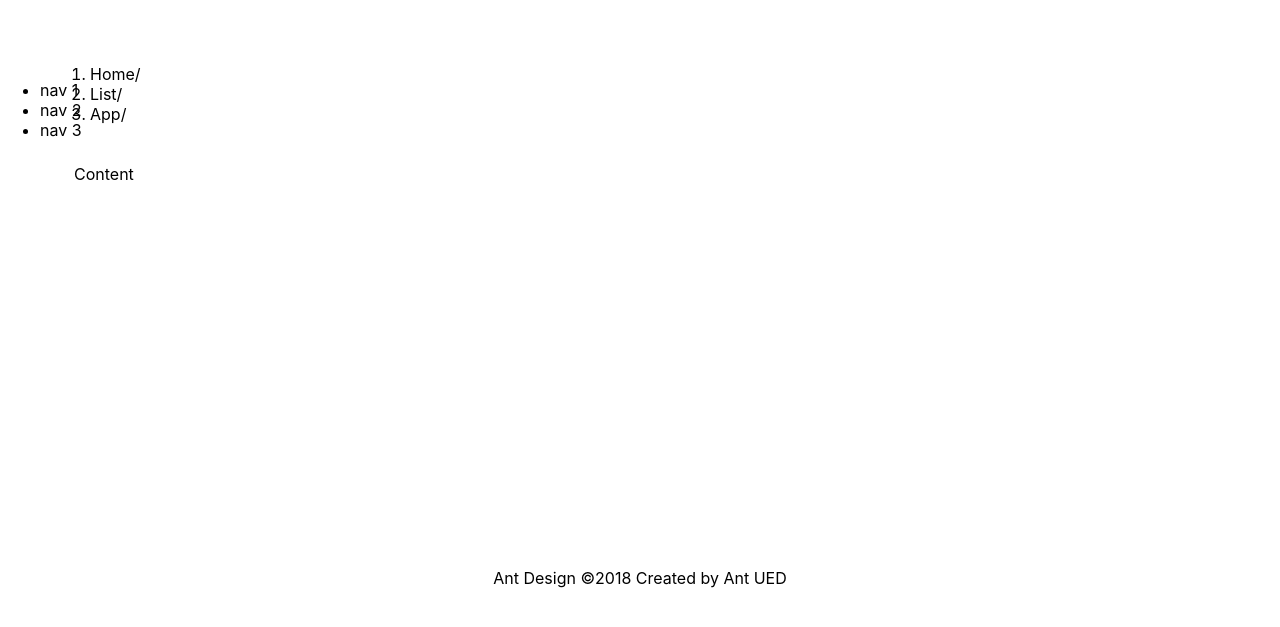
Repository: yangddoddi/community_react
Page: /
The author's editor kept a copy of each file at every save. The page is drawn from the files as they stood at one save, then again after the next save.
The browser window is 1280 px wide. The pictures show the whole page.
The page's requests for data from a server got no answer. The project was rebuilt for these pictures with package versions that can differ from the ones it lists, and the page was loaded fresh each time. No one was signed in, and anything a server would have sent is missing. Also part of the build but not shown: src/pages/Posts.module.scss, src/components/sidebar.module.scss, src/components/Sidebar.js, src/components/header.module.scss.

Above is the page before, as saved 2022-08-17 01:07:56.

### src/App.js
import React, { useState, useEffect } from "react";
import { BrowserRouter, Routes, Route } from "react-router-dom";
import { Posts } from "./pages/Posts";
import { Sidebar } from "./components/Sidebar";
import { Header } from "./components/Header";
import Layout from "antd/lib/layout/layout";
import { FooterC } from "./components/FooterC";
import "./App.scss";

function App() {
  return (
    <BrowserRouter>
      <Layout>
        <Header />
        <Routes>
          <Route path="/" element={<Posts />} />
        </Routes>
        <FooterC />
      </Layout>
    </BrowserRouter>
  );
}

export default App;

### src/pages/Posts.js
import React, { useEffect, useState } from "react";
import { testAxios } from "../config/testAxios";
import styles from "./Posts.module.scss";
import axios from "axios";
import { Content } from "antd/lib/layout/layout";
import { Breadcrumb } from "antd";

export const Posts = () => {
  const [test, setTest] = useState("");
  const apiTest = (d) => {
    setTest(d);
  };

  useEffect(() => {
    testAxios("test", apiTest);
  });

  return (
    <Content
      className="site-layout"
      style={{
        padding: "0 50px",
        marginTop: 64,
      }}
    >
      <Breadcrumb
        style={{
          margin: "16px 0",
        }}
      >
        <Breadcrumb.Item>Home</Breadcrumb.Item>
        <Breadcrumb.Item>List</Breadcrumb.Item>
        <Breadcrumb.Item>App</Breadcrumb.Item>
      </Breadcrumb>
      <div
        className="site-layout-background"
        style={{
          padding: 24,
          minHeight: 380,
        }}
      >
        Content
      </div>
    </Content>
  );
};

### src/components/Header.js
import styles from "./Header.module.scss";
import { Layout, Menu } from "antd";

export const Header = () => {
  const { Header } = Layout;

  return (
    <Header
      style={{
        position: "fixed",
        zIndex: 1,
        width: "100%",
      }}
    >
      <div className="logo" />
      <Menu
        theme="dark"
        mode="horizontal"
        defaultSelectedKeys={["2"]}
        items={new Array(3).fill(null).map((_, index) => ({
          key: String(index + 1),
          label: `nav ${index + 1}`,
        }))}
      />
    </Header>
  );
};

### src/components/FooterC.js
import { Footer } from "antd/lib/layout/layout";

export const FooterC = () => {
  return (
    <Footer
      style={{
        textAlign: "center",
      }}
    >
      Ant Design ©2018 Created by Ant UED
    </Footer>
  );
};

### src/App.scss
#components-layout-demo-fixed .logo {
    float: left;
    width: 120px;
    height: 31px;
    margin: 16px 24px 16px 0;
    background: rgba(255, 255, 255, 0.2);
  }
  .site-layout .site-layout-background {
    background: #fff;
  }

### src/config/testAxios.js
import axios from "axios";

export const testAxios = (url, findIp) => {
  axios({
    url: "/" + url,
    method: "post",
    baseURL: "http://localhost:8080",
    withCredentials: true,
  }).then((res) => {
    findIp(res.data);
  });
};

### src/components/HeaderC.js
import styles from "./Header.module.scss";
import { Layout, Menu } from "antd";

export const Header = () => {
  const { Header } = Layout;

  return (
    <Header
      style={{
        position: "fixed",
        zIndex: 1,
        width: "100%",
      }}
    >
      <div className="logo" />
      <Menu
        theme="dark"
        mode="horizontal"
        defaultSelectedKeys={["2"]}
        items={new Array(3).fill(null).map((_, index) => ({
          key: String(index + 1),
          label: `nav ${index + 1}`,
        }))}
      />
    </Header>
  );
};

Loaded but not shown: public/index.html (common file); src/index.js (common file); src/index.css (common file); src/reportWebVitals.js (common file)

After the next save:
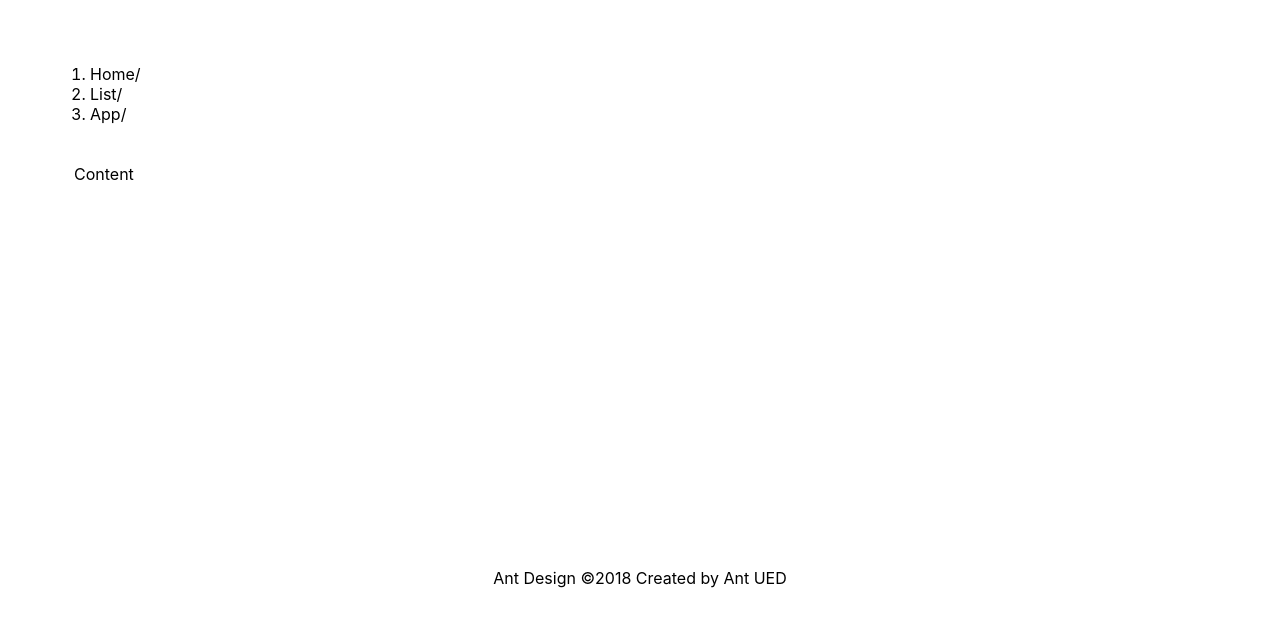
Saved 2 min 51 s later.
--- a/src/App.js
+++ b/src/App.js
@@ -8,6 +8,8 @@
 import "./App.scss";
 
 function App() {
+  const { Header, Content, Footer } = Layout;
+
   return (
     <BrowserRouter>
       <Layout>

After the 3 saves that followed:
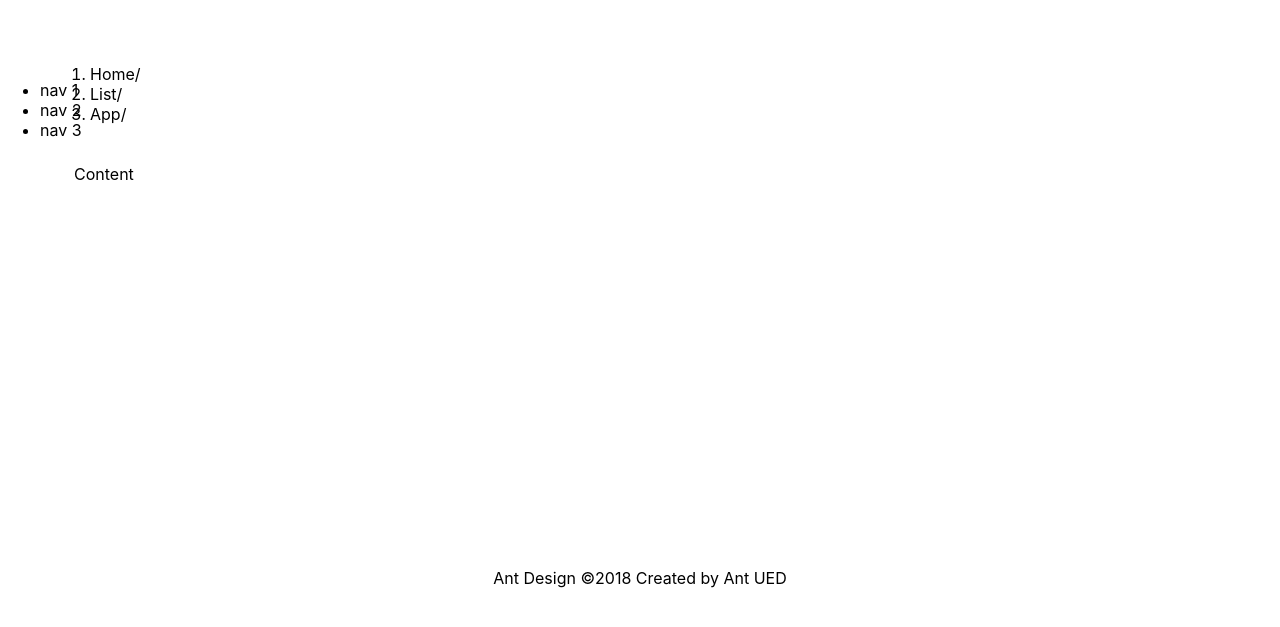
The 3 saves are shown as one change because 2 did not build or start.
The last was saved 34 s later.
--- a/src/App.js
+++ b/src/App.js
@@ -2,7 +2,7 @@
 import { BrowserRouter, Routes, Route } from "react-router-dom";
 import { Posts } from "./pages/Posts";
 import { Sidebar } from "./components/Sidebar";
-import { Header } from "./components/Header";
+import { HeaderC } from "./components/HeaderC";
 import Layout from "antd/lib/layout/layout";
 import { FooterC } from "./components/FooterC";
 import "./App.scss";
@@ -13,7 +13,7 @@
   return (
     <BrowserRouter>
       <Layout>
-        <Header />
+        <HeaderC />
         <Routes>
           <Route path="/" element={<Posts />} />
         </Routes>
--- a/src/components/HeaderC.js
+++ b/src/components/HeaderC.js
@@ -1,7 +1,7 @@
 import styles from "./Header.module.scss";
 import { Layout, Menu } from "antd";
 
-export const Header = () => {
+export const HeaderC = () => {
   const { Header } = Layout;
 
   return (
